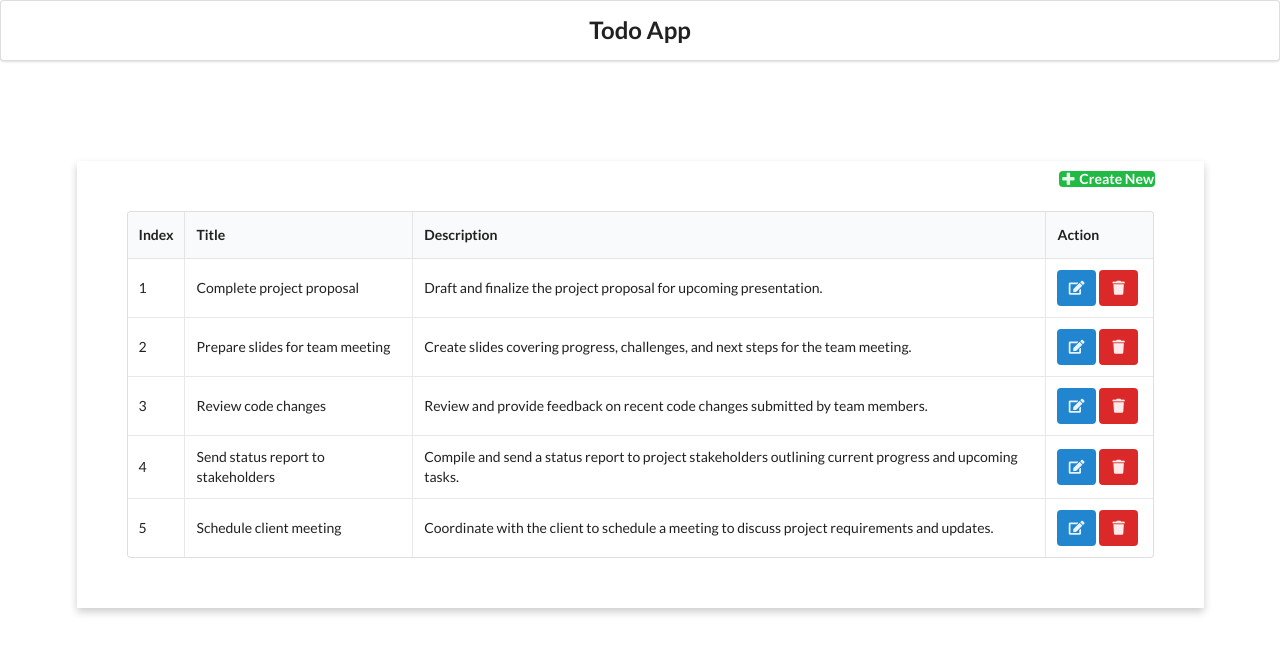
Repository: Wahid137/todo-app
Page: /
An editor plug-in stored every save of this project. The page is shown before and after the next save, followed by the edit.
The browser window is 1280 px wide. The pictures show the whole page.
The project was rebuilt for these pictures with package versions that can differ from the ones it lists, and the page was loaded fresh each time. Also part of the build but not shown: src/App.css, src/index.css.

Above is the page before, as saved 2024-05-03 10:48:10.

### src/index.js
import React from 'react';
import ReactDOM from 'react-dom/client';
import 'semantic-ui-css/semantic.min.css';
import App from './App';
import './index.css';
import reportWebVitals from './reportWebVitals';

const root = ReactDOM.createRoot(document.getElementById('root'));
root.render(
  <React.StrictMode>
    <App />
  </React.StrictMode>
);

// If you want to start measuring performance in your app, pass a function
// to log results (for example: reportWebVitals(console.log))
// or send to an analytics endpoint. Learn more: https://bit.ly/CRA-vitals
reportWebVitals();

### src/App.js
import './App.css';
import TodoListPage from './components/TodoListPage';

function App() {
  return (
    <TodoListPage />
  );
}

export default App;

### src/components/TodoListPage.js
import React, { useState } from 'react';
import { Button, Container, Icon, Message, Segment, Table } from 'semantic-ui-react';
import initialTodos from "../data/todos.json";
import ConfirmationModal from './ConfirmationModal'; // Assuming both components are in the same directory

const TodoListPage = () => {
    const [todos, setTodos] = useState(initialTodos);
    const [deleteId, setDeleteId] = useState(null);
    const [openModal, setOpenModal] = useState(false);
    const [showMessage, setShowMessage] = useState(false);
    const [todoToDelete, setTodoToDelete] = useState(null);

    const handleDelete = (id, title) => {
        setDeleteId(id);
        setTodoToDelete(title);
        setOpenModal(true);
    };

    const handleConfirmDelete = () => {
        setTodos(todos.filter(todo => todo.id !== deleteId));
        setOpenModal(false);
        setShowMessage(true);
    };

    const handleCloseModal = () => {
        setOpenModal(false);
    };

    const handleDismissMessage = () => {
        setShowMessage(false);
    };

    const handleCreateNew = () => {
        // Add your logic for creating a new todo
    };

    return (
        <div>

            <Segment style={{ marginTop: '20px', margin: 'auto' }}>
                <h2 style={{ textAlign: 'center' }}>Todo App</h2>
            </Segment>
            <Container style={{ boxShadow: '0 4px 8px 0 rgba(0, 0, 0, 0.2)', padding: '50px', marginTop: '100px', position: 'relative' }}>
                <Button icon color='green' onClick={handleCreateNew} style={{ position: 'absolute', right: '45px', top: '10px', zIndex: '1', padding: '1px' }}>
                    <Icon name='add' /> Create New
                </Button>
                {showMessage &&
                    <Message
                        success
                        onDismiss={handleDismissMessage}
                        header='Success!'
                        content='Todo deleted successfully.'
                        style={{ position: 'absolute', top: '-70px', left: 0, right: 0, margin: 'auto', width: '100%', marginBottom: '20px' }}
                    />
                }
                <div>
                    {todos.length === 0 ? (
                        <Message
                            info
                            header='No Todos'
                            content='There are no todos to display.'
                        />
                    ) : (
                        <Table celled>
                            <Table.Header>
                                <Table.Row>
                                    <Table.HeaderCell>Index</Table.HeaderCell>
                                    <Table.HeaderCell>Title</Table.HeaderCell>
                                    <Table.HeaderCell>Description</Table.HeaderCell>
                                    <Table.HeaderCell>Action</Table.HeaderCell>
                                </Table.Row>
                            </Table.Header>

                            <Table.Body>
                                {todos.map((todo, index) => (
                                    <Table.Row key={todo.id}>
                                        <Table.Cell>{index + 1}</Table.Cell>
                                        <Table.Cell>{todo.title}</Table.Cell>
                                        <Table.Cell>{todo.description}</Table.Cell>
                                        <Table.Cell>
                                            <div style={{ display: 'flex', justifyContent: 'space-between' }}>
                                                <Button icon color='blue'>
                                                    <Icon name='edit' />
                                                </Button>
                                                <Button icon color='red' onClick={() => handleDelete(todo.id, todo.title)}>
                                                    <Icon name='trash' />
                                                </Button>
                                            </div>
                                        </Table.Cell>
                                    </Table.Row>
                                ))}
                            </Table.Body>
                        </Table>
                    )}
                </div>
            </Container>

            <ConfirmationModal
                open={openModal}
                onClose={handleCloseModal}
                onConfirm={handleConfirmDelete}
                todoTitle={todoToDelete}
            />
        </div>
    );
};

export default TodoListPage;

### src/data/todos.json
[
  {
    "id": 1,
    "title": "Complete project proposal",
    "description": "Draft and finalize the project proposal for upcoming presentation."
  },
  {
    "id": 2,
    "title": "Prepare slides for team meeting",
    "description": "Create slides covering progress, challenges, and next steps for the team meeting."
  },
  {
    "id": 3,
    "title": "Review code changes",
    "description": "Review and provide feedback on recent code changes submitted by team members."
  },
  {
    "id": 4,
    "title": "Send status report to stakeholders",
    "description": "Compile and send a status report to project stakeholders outlining current progress and upcoming tasks."
  },
  {
    "id": 5,
    "title": "Schedule client meeting",
    "description": "Coordinate with the client to schedule a meeting to discuss project requirements and updates."
  }
]

### src/components/ConfirmationModal.jsx
import React from "react";
import { Button, Modal } from "semantic-ui-react";

const ConfirmationModal = ({ open, onClose, onConfirm, todoTitle }) => {
  return (
    <Modal size="tiny" open={open} onClose={onClose}>
      <Modal.Header>Confirm Deletion</Modal.Header>
      <Modal.Content>
        <p>
          Are you sure you want to delete the todo "<strong>{todoTitle}</strong>
          "?
        </p>
      </Modal.Content>
      <Modal.Actions>
        <Button negative onClick={onClose}>
          Cancel
        </Button>
        <Button positive onClick={onConfirm}>
          Confirm
        </Button>
      </Modal.Actions>
    </Modal>
  );
};

export default ConfirmationModal;

Loaded but not shown: public/index.html (common file); src/reportWebVitals.js (common file)

After the next save:
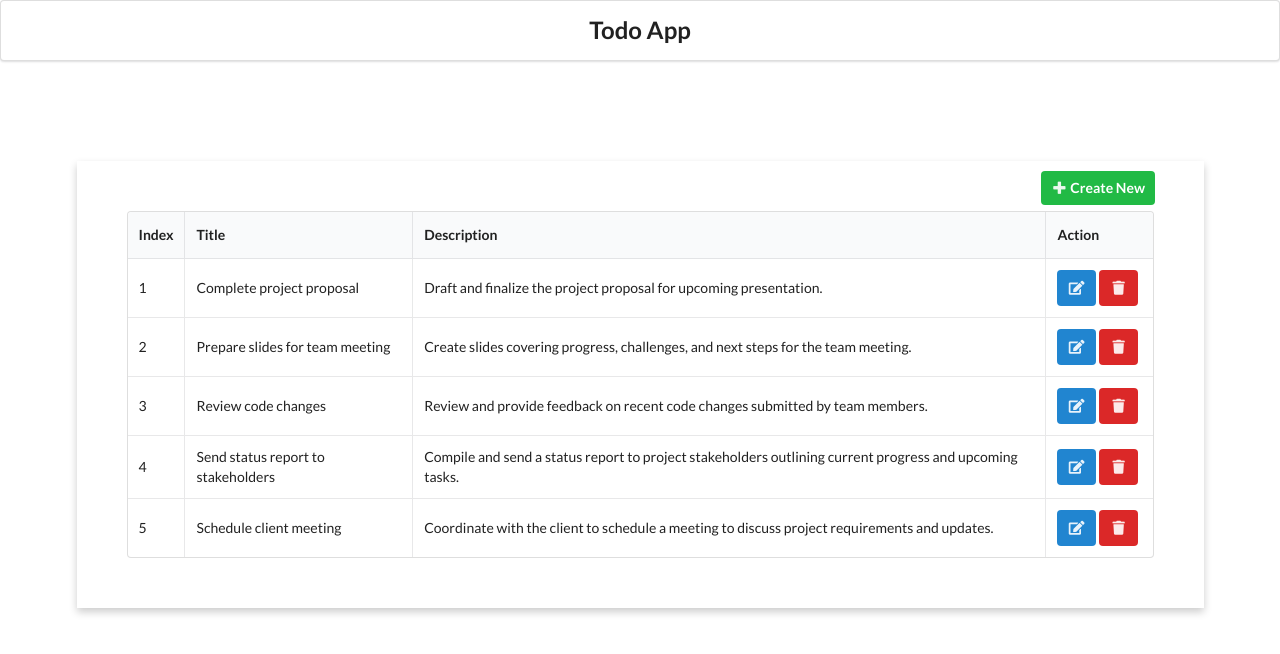
Saved 6 s later.
--- a/src/components/TodoListPage.js
+++ b/src/components/TodoListPage.js
@@ -41,7 +41,7 @@ const TodoListPage = () => {
                 <h2 style={{ textAlign: 'center' }}>Todo App</h2>
             </Segment>
             <Container style={{ boxShadow: '0 4px 8px 0 rgba(0, 0, 0, 0.2)', padding: '50px', marginTop: '100px', position: 'relative' }}>
-                <Button icon color='green' onClick={handleCreateNew} style={{ position: 'absolute', right: '45px', top: '10px', zIndex: '1', padding: '1px' }}>
+                <Button icon color='green' onClick={handleCreateNew} style={{ position: 'absolute', right: '45px', top: '10px', zIndex: '1', padding: '10px' }}>
                     <Icon name='add' /> Create New
                 </Button>
                 {showMessage &&
